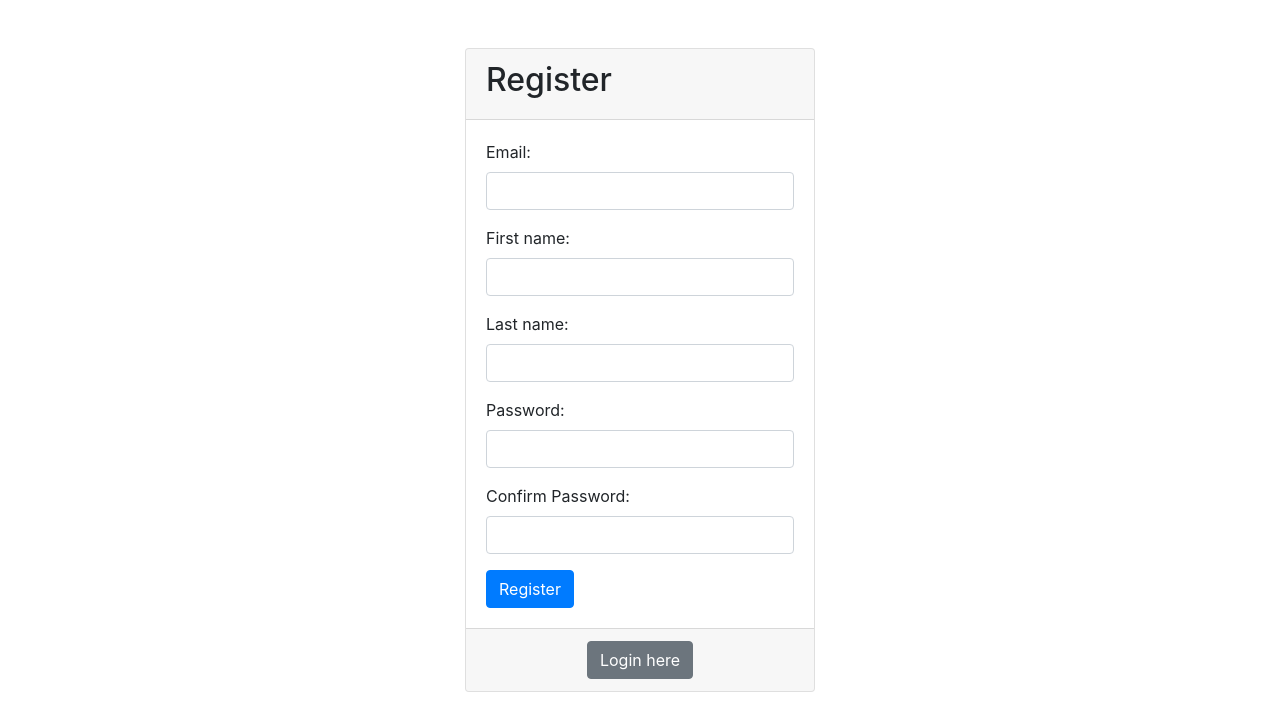
Repository: apps-eduard/TH_MONITORING_v1
Page: http://localhost/user_profile/register/
These files come from the project's save history. The page is drawn as it stood at one moment and after the next save; the edit follows.
The browser window is 1280 px wide. The pictures show the whole page.
Some web libraries are served in a nearby version. The page is served by the project's application, run on Django 5.2 (manage.py).

Above is the page before, as saved 2024-03-26 13:42:14.

After the next save:
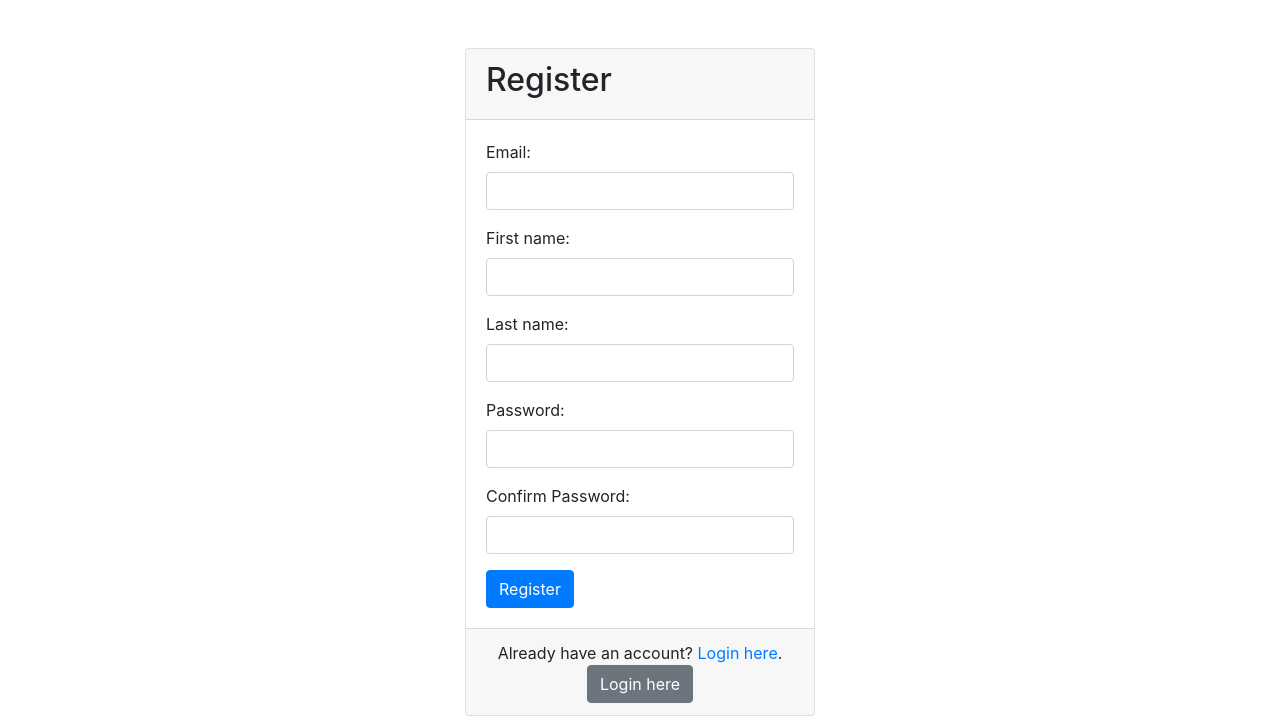
Saved 39 s later.
--- a/user_profile/templates/user_profile/register.html
+++ b/user_profile/templates/user_profile/register.html
@@ -23,6 +23,7 @@
                 </div>
                 <!-- Card footer (optional) -->
                 <div class="card-footer text-center">
+                    Already have an account? <a href="{% url 'login' %}">Login here</a>.
                     <a href="{% url 'user_profile:login' %}" class="btn btn-secondary">Login here</a>
                 </div>
             </div>
